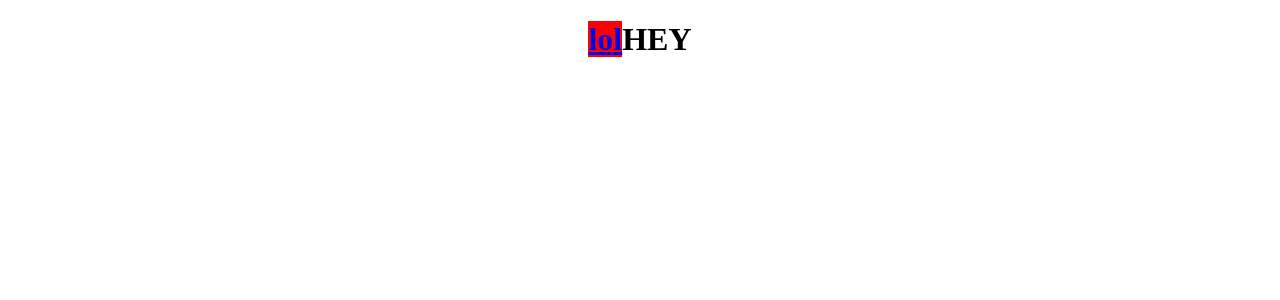
Repository: Ironicmanx/HTMLFILES
Page: responsive/responsive.html
The author's editor kept a copy of each file at every save. The page is drawn from the files as they stood at one save, then again after a run of saves.
The browser window is 1280 px wide. The pictures show the whole page.

Above is the page before, as saved 2024-01-31 19:09:57.

After the next 2 saves:
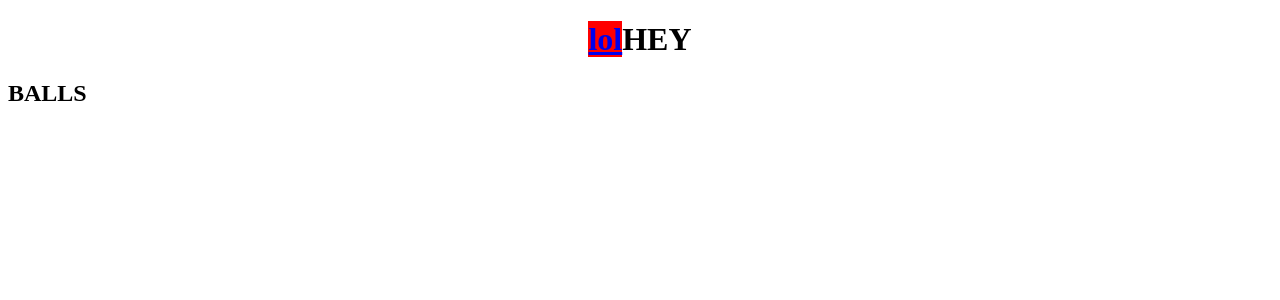
The 2 saves are shown as one change because they came seconds apart.
The last was saved 64 s later.
--- a/responsive/responsive.html
+++ b/responsive/responsive.html
@@ -11,5 +11,7 @@
     <h1><a href="https://img-s-msn-com.akamaized.net/tenant/amp/entityid/BB1hwOzZ.img?w=768&h=431&m=6&x=239&y=65&s=711&d=155">lol</a>HEY</h1>
 </center>
 
+<h2>BALLS</h2>
+
 </body>
 </html>
